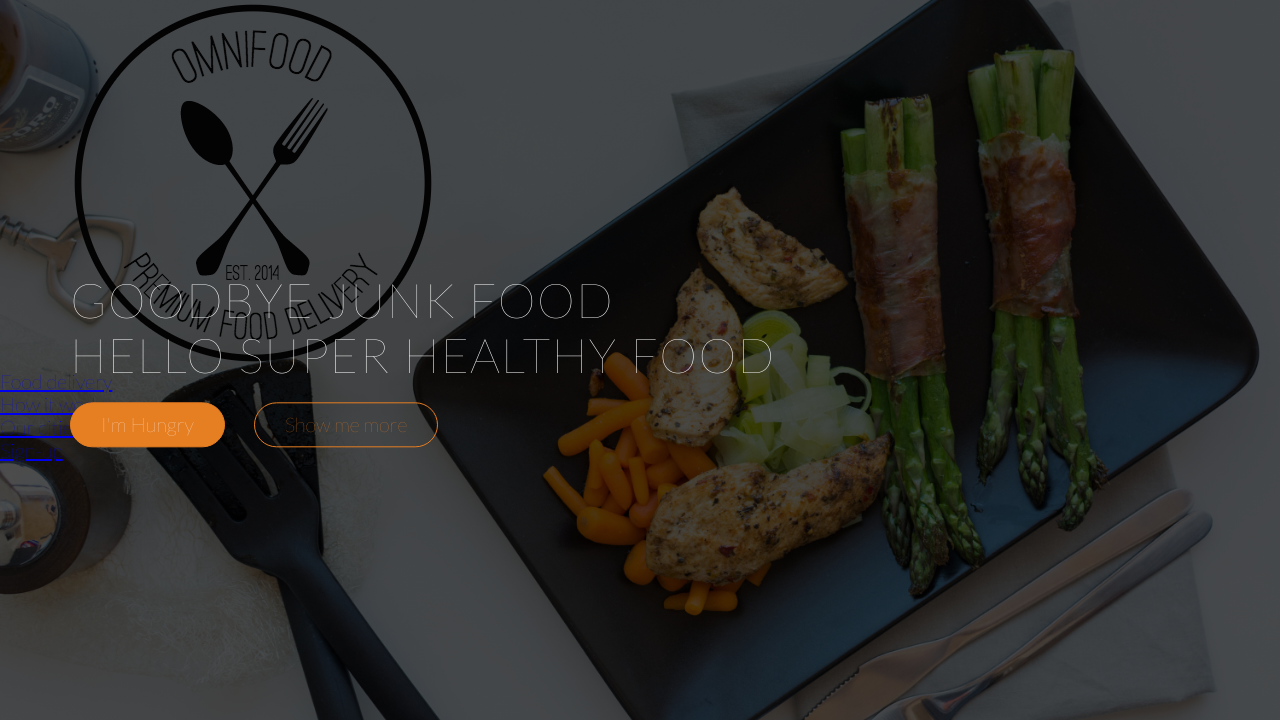
Repository: Priyanshubhartistm/FOODS-PROJECT
Page: index.html
The author's editor kept a copy of each file at every save. The page is drawn from the files as they stood at one save, then again after a run of saves.
The browser window is 1280 px wide. The pictures show the whole page.

Above is the page before, as saved 2023-02-15 14:08:38.

### index.html
<!DOCTYPE html>
<html>

<head>
    <title>My food project</title>
    <!-- Linking Normalize CSS file to html document to makes browsers render all elements more consistently and in line with modern standards. -->
    <link rel="stylesheet" href="vendors/css/normalize.css">
    <link rel="stylesheet" href="vendors/css/grid.css">
    <!-- Linking Google Fonts here -->
    <link rel="preconnect" href="https://fonts.googleapis.com">
    <link rel="preconnect" href="https://fonts.gstatic.com" crossorigin>
    <link href="https://fonts.googleapis.com/css2?family=Lato:wght@100;700&display=swap" rel="stylesheet">
    <!-- Linking Style sheet to html document -->
    <link rel="stylesheet" href="resources/css/style.css">

</head>

<body>
    <header>

        <nav>
            <div class="row">
                <img class="logo" src="resources/img/logo.png" alt="log-img">
            </div>
            <ul class="main-nav">
                <li><a href="#">Food delivery</a></li>
                <li><a href="#">How it works</a></li>
                <li><a href="#">Our cities</a></li>
                <li><a href="#">Sign-up</a></li>

            </ul>
        </nav>

        <div class="hero-text-box">
            <h1>Goodbye Junk food <br> Hello super healthy food</h1>
            <a class="btn btn-full" href="#">I'm Hungry</a>
            <a class="btn btn-ghost" href="#">Show me more</a>
        </div>
    </header>

</body>

</html>

### resources/css/style.css
* {
    margin: 0;
    padding: 0;
    box-sizing: border-box;
}

html {
    background-color: #ffffff;
    color: #555;
    font-family: 'Lato', sans-serif;
    font-weight: 300;
    font-size: 20px;
    text-rendering: optimizeLegibility;
}

.row {
    max-width: 1140px;
    margin: 0 auto;

}

header {
    background-image: linear-gradient(rgba(0, 0, 0, 0.7), rgba(0, 0, 0, 0.7)), url('img/hero.jpg');
    height: 100vh;
    background-size: cover;
    background-position: center;
}

h1 {
    margin-top: 0px;
    margin-bottom: 20px;
    color: white;
    font-size: 240%;
    font-weight: 300;
    text-transform: uppercase;
    letter-spacing: 1px;
    word-spacing: 3px;
}

.hero-text-box {
    position: absolute;
    width: 1140px;
    top: 50%;
    left: 50%;
    transform: translate(-50%, -50%);
}

.btn:link,
.btn:visited {
    display: inline-block;
    padding: 10px 30px;
    text-decoration: none;
    font-weight: 300;
    border-radius: 200px;
    transition: background-color 0.2s, border 0.2s, color 0.2s;

}

.btn-full:link,
.btn-full:visited {
    background-color: #e67e22;
    color: #fff;
    border: 1px solid #e67e22;
    margin-right: 25px;
}

.btn-ghost:visited,
.btn-ghost:link {
    border: 1px solid #e67e22;
    color: #e67e22;
}

.btn:hover,
.btn:active {
    background-color: #cf6d17;
}

.btn-ghost:hover,
.btn-ghost:active {
    border: 1px solid #cf6d17;
    color: #fff;

}

.btn-full:hover,
.btn-full:active {
    border: 1px solid #cf6d17;
}

Loaded but not shown: vendors/css/normalize.css (library); vendors/css/grid.css (library)

After the next 17 saves:
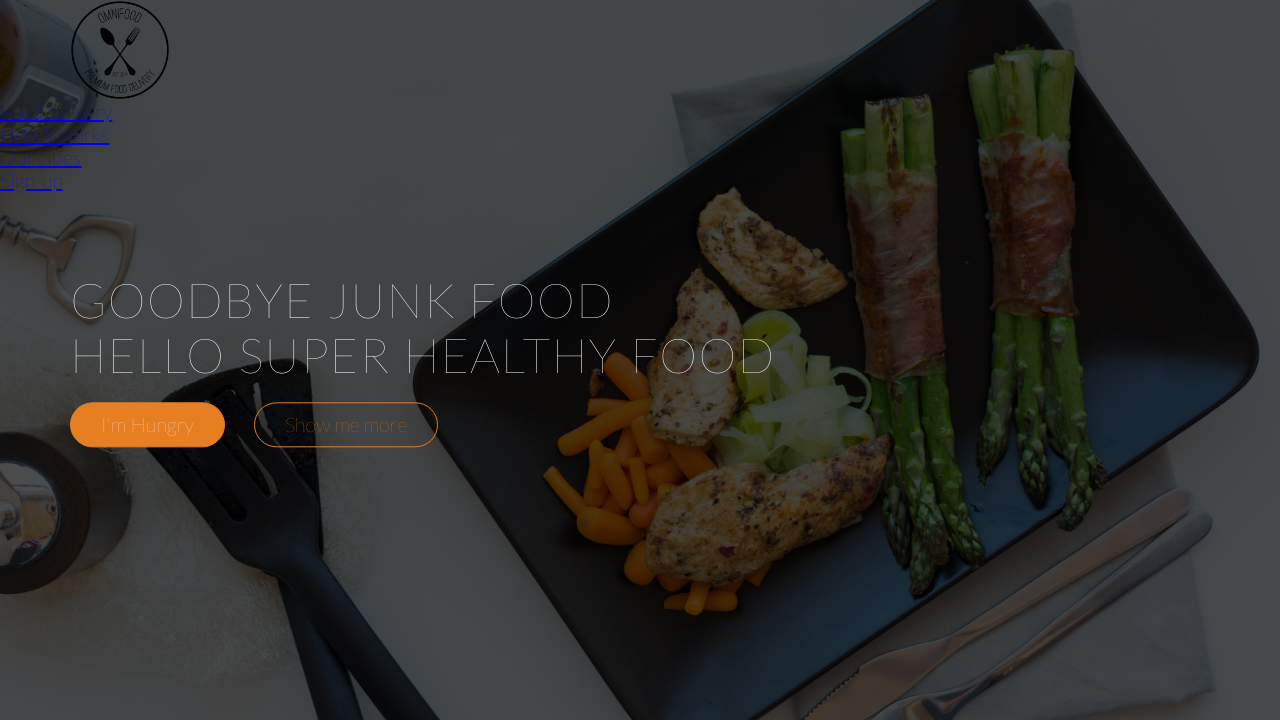
The 17 saves are shown as one change because they came seconds apart.
The last was saved 109 min 7 s later.
--- a/resources/css/style.css
+++ b/resources/css/style.css
@@ -86,3 +86,9 @@ h1 {
 .btn-full:active {
     border: 1px solid #cf6d17;
 }
+
+.logo{
+    height: 100px;
+    width: auto;
+    float: left;
+}
